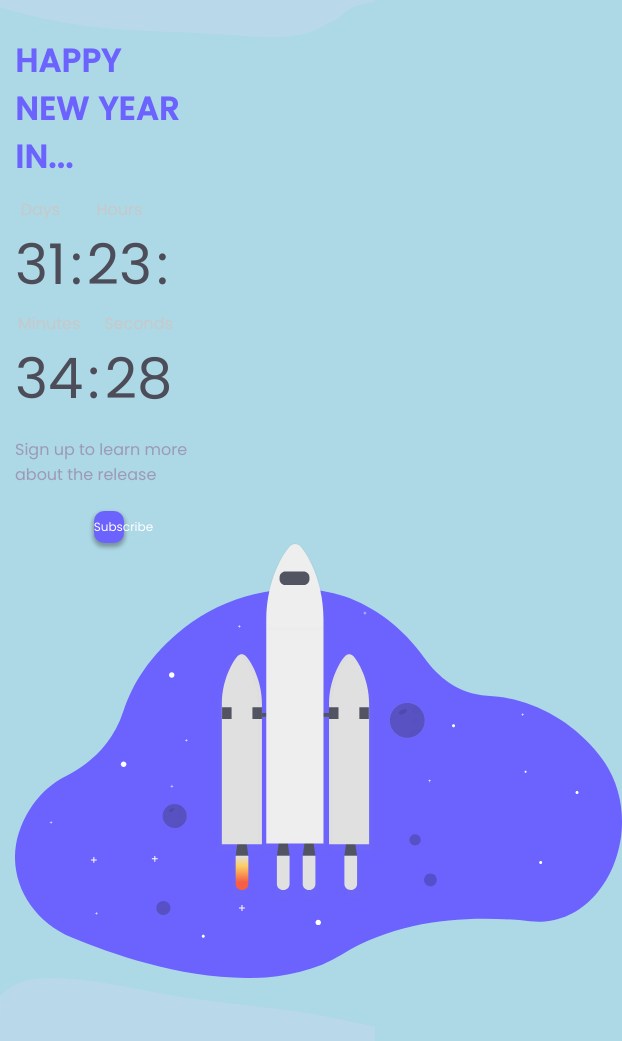
Repository: BrunoBross/countdown
Page: index.html
The author's editor kept a copy of each file at every save. The page is drawn from the files as they stood at one save, then again after the next save.
The browser window is 375 px wide. The page is 622 px wide, then 405 px, so the pictures cover 622 px, including what lies to the right of the window. The pictures show the whole page.

Above is the page before, as saved 2021-11-30 01:25:33.

After the next save:
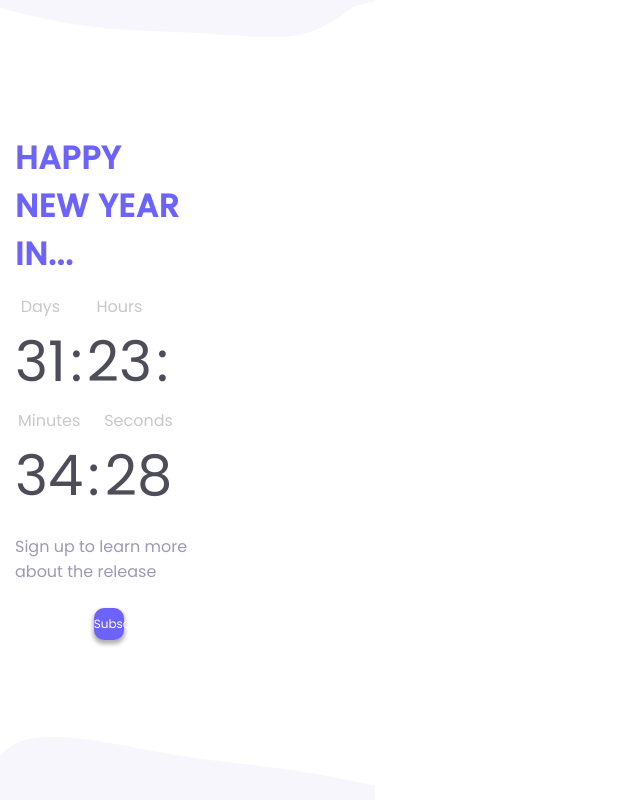
Saved 34 s later.
--- a/style.css
+++ b/style.css
@@ -96,7 +96,7 @@ body{
 }
 
 @media only screen and (max-width: 375px) {
-  body {
-    background-color: lightblue;
+  #rocket{
+    display: none;
   }
 }
